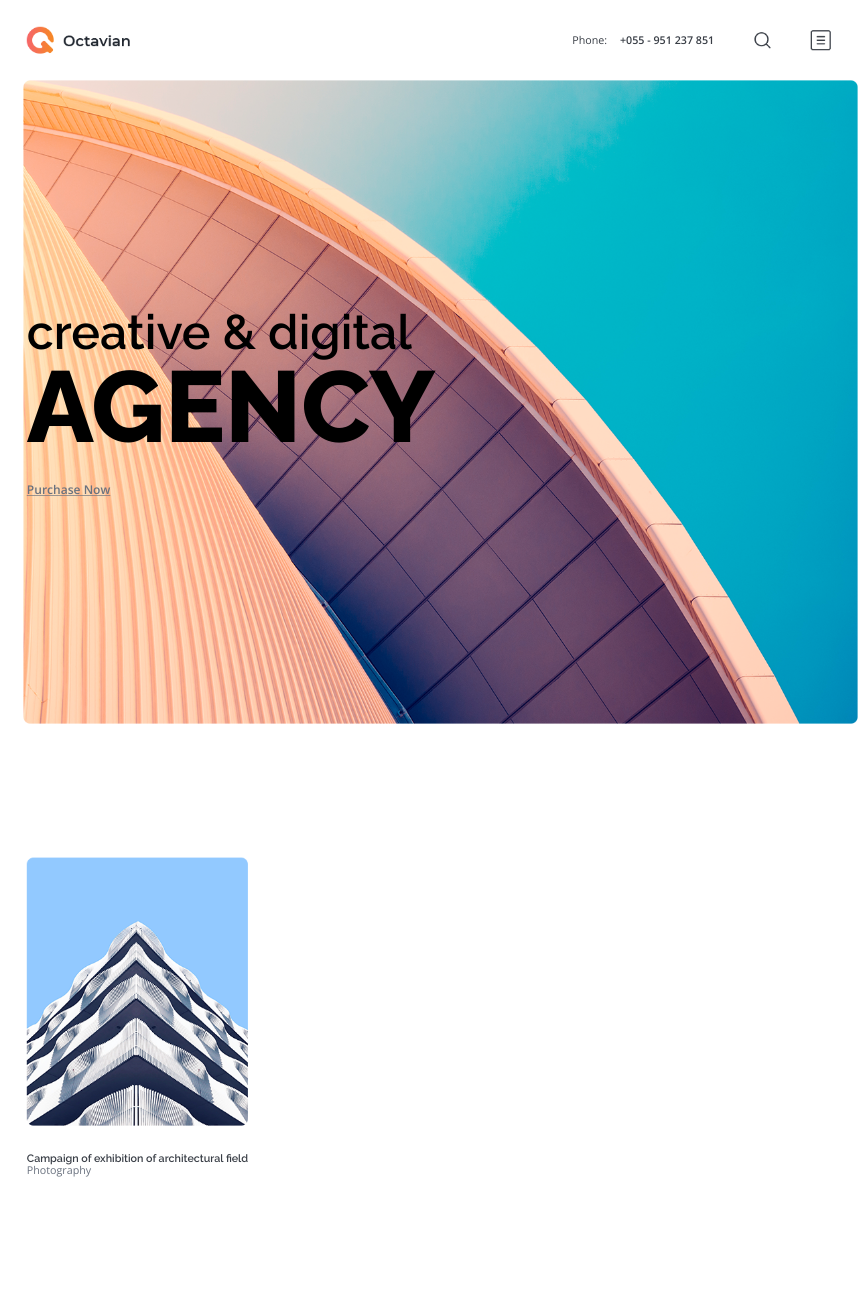
Repository: kate30980/LP-practiceoctavian
Page: index.html
An editor plug-in stored every save of this project. The page is shown before and after the next save, followed by the edit.
The browser window is 1280 px wide. The pictures show the whole page, at 67% of full size.
The style sheet was rebuilt from its Sass, Less or Tailwind sources for each picture, by a compiler version that may differ from the author's.

Above is the page before, as saved 2021-08-25 09:33:16.

After the next save:
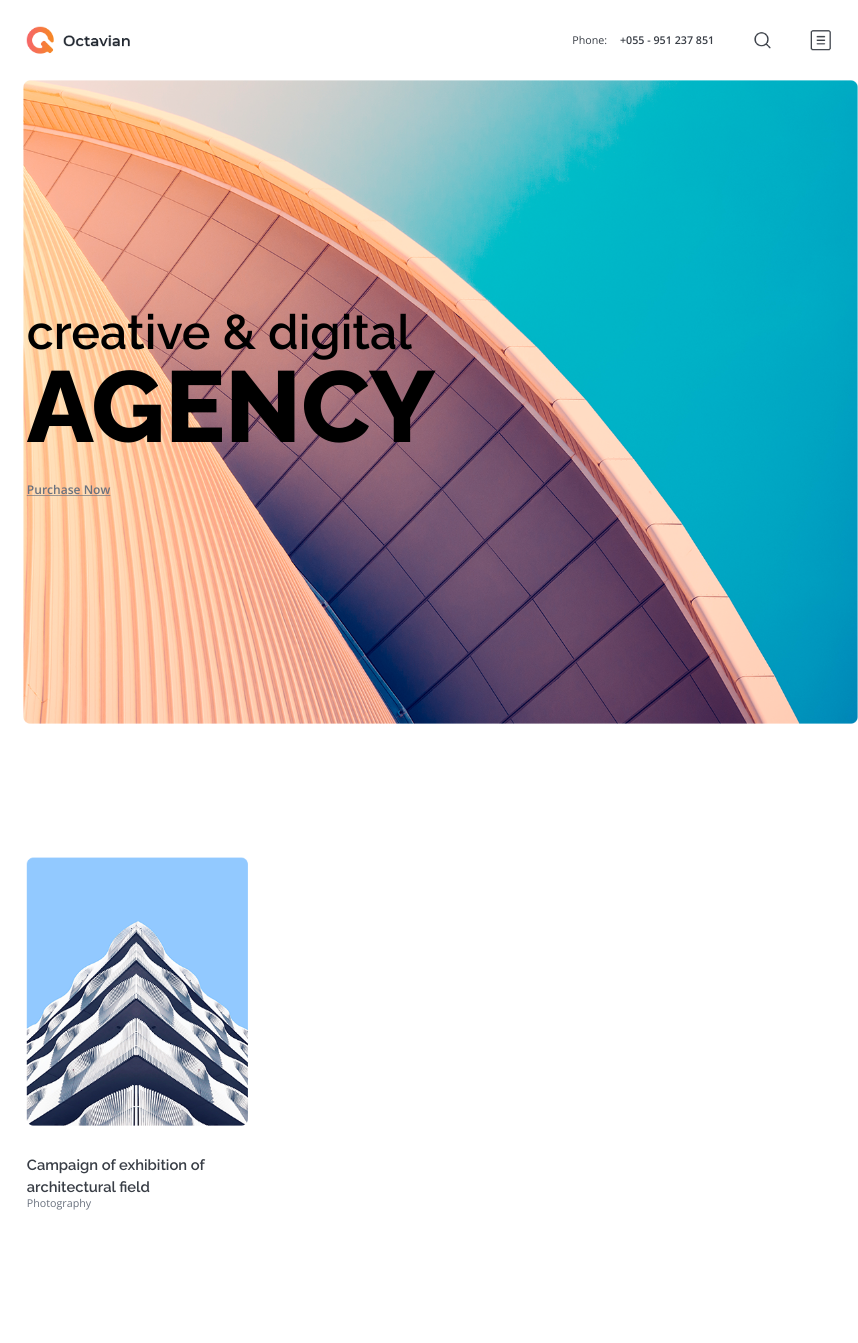
Saved 22 s later.
--- a/sass/_portfolio.scss
+++ b/sass/_portfolio.scss
@@ -10,5 +10,7 @@
     }
     &-title{
         color: #393e46;
+        font-size: 22px;
+        line-height: 1.5;
     }
 }
